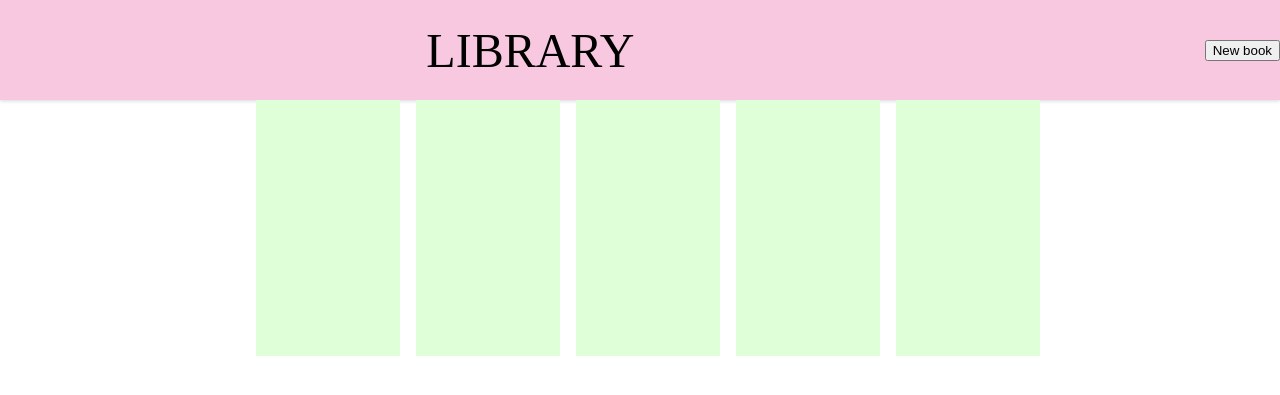
Repository: yeetzpxoci/library
Page: index.html
An editor plug-in stored every save of this project. The page is shown before and after the next save, followed by the edit.
The browser window is 1280 px wide. The pictures show the whole page.
Some web fonts or font styles are not loaded; a fallback is used.

Above is the page before, as saved 2023-02-21 14:58:02.

### index.html
<!DOCTYPE html>
<html lang="en">
<head>
    <meta charset="UTF-8">
    <meta http-equiv="X-UA-Compatible" content="IE=edge">
    <meta name="viewport" content="width=device-width, initial-scale=1.0">
    <title>Library</title>
    <link rel="stylesheet" href="styles.css">
    <link rel="preconnect" href="https://fonts.googleapis.com">
    <link rel="preconnect" href="https://fonts.gstatic.com" crossorigin>
    <link href="https://fonts.googleapis.com/css2?family=Roboto:wght@500&display=swap" rel="stylesheet">
    <link href="https://fonts.googleapis.com/css2?family=Gloock&display=swap" rel="stylesheet">
</head>
<body>
    <div class="header">
        <p></p>
        <p>LIBRARY</p>
        <button onclick="addBookToLibrary()" id="addBook">New book</button>
    </div>

    <form>
        <fieldset>
            <label for="title">Title</label>
            <input type="text" name="title" id="title">
            <label for="author">Author</label>
            <input type="text" name="author" id="author">
            <label for="pages">Pages</label>
            <input type="number" name="pages" id="pages">
            <label for="read">Have you read the book?</label>
            <input type="checkbox" name="read" id="read">
        </fieldset>
    </form>

    <div id="cards">

    </div>
<script src="script.js"></script>
</body>
</html>

### styles.css
html, body {
    margin: 0;
    padding: 0;
}

body {
    min-height: 100vh;
    background-color: white;
}

.header {
    display: flex;
    align-items: center;
    justify-content: space-between;
    width: 100%;
    height: 100px;
    background-color: #F7C8E0;
    box-shadow: rgba(0, 0, 0, 0.16) 0px 1px 4px;
}

.header p {
    font-family: 'Gloock', serif;
    font-size: 48px;
    align-self: center;
    justify-self: center;
}

#addBook {
    margin-left: 144px;
}

#cards {
    display: grid;
    grid-template-columns: 1fr 1fr 1fr 1fr 1fr;
    gap: 16px;
    margin-right: 256px;
    margin-left: 256px;
}

.card {
    height: 256px;
    width: 144px;
    background-color: #DFFFD8;
    align-self: center;
    justify-self: center;
}

form {
    display: none;
}

### script.js
const title = document.getElementById("title").value
const author = document.getElementById("author").value
const pages = document.getElementById("pages").value
const read = document.getElementById("read").checked
const cards = document.getElementById("cards")

let myLibrary = [];

function Book(title, author, pages, read) {
    this.title = title;
    this.author = author;
    this.pages = pages;
    this.read = read;
    this.info = function () {
        return title + " by " + author + ", " + String(pages) + " pages, not read yet"
    }
}

function addBookToLibrary() {
    let book = new Book(title, author, pages, read);
    myLibrary.push(book);
    console.log(myLibrary.length)
}

function displayBooks() {
    for (let i = 0; i < myLibrary.length; i++) {
        const newDiv = document.createElement("div");
        newDiv.setAttribute("class", "card");
        cards.appendChild(newDiv);
    }
}

let book1 = new Book("htomi" , "hs", 23, true);
let book2 = new Book("yeet", "asd", 65, false);
let book3 = new Book("smth", "bsdf", 1, true);
let book4 = new Book("smth", "bsdf", 1, true);
let book5 = new Book("smth", "bsdf", 1, true);
myLibrary.push(book1, book2, book3, book4, book5);
displayBooks();

After the next save:
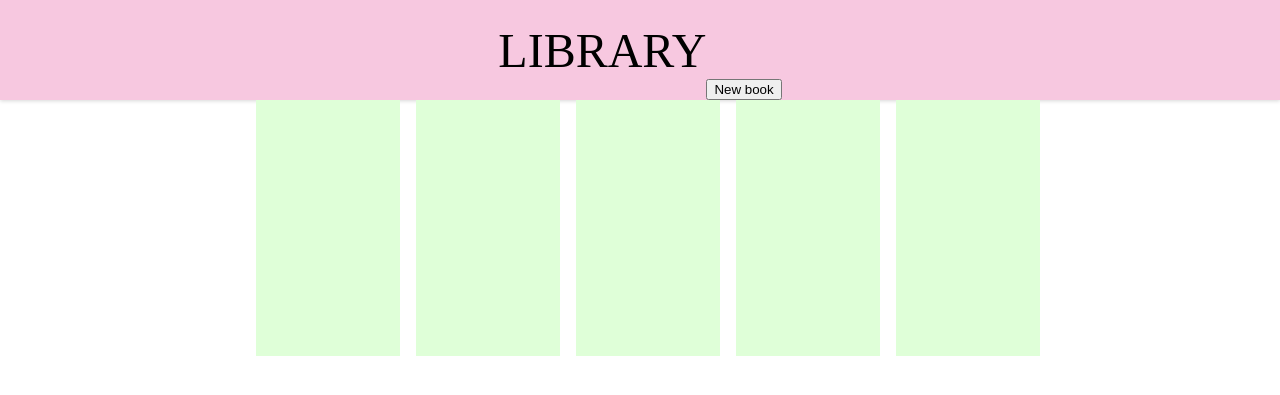
Saved 68 s later.
--- a/styles.css
+++ b/styles.css
@@ -11,7 +11,7 @@ body {
 .header {
     display: flex;
     align-items: center;
-    justify-content: space-between;
+    justify-content: center;
     width: 100%;
     height: 100px;
     background-color: #F7C8E0;
@@ -21,12 +21,10 @@ body {
 .header p {
     font-family: 'Gloock', serif;
     font-size: 48px;
-    align-self: center;
-    justify-self: center;
 }
 
 #addBook {
-    margin-left: 144px;
+    align-self: flex-end;
 }
 
 #cards {
